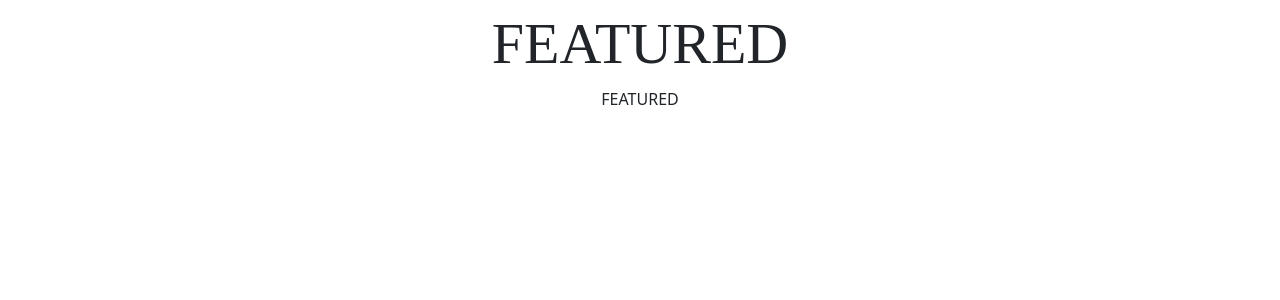
Repository: go23rishu/BagsWebsite
Page: home.html
These files come from the project's save history. The page is drawn as it stood at one moment and after the next save; the edit follows.
The browser window is 1280 px wide. The pictures show the whole page.
Some web fonts or font styles are not loaded; a fallback is used. Some web libraries are served in a nearby version.

Above is the page before, as saved 2023-06-21 15:14:59.

### home.html
<!DOCTYPE html>
<html lang="en">

<head>
    <meta charset="UTF-8">
    <meta name="viewport" content="width=device-width, initial-scale=1.0">
    <title>Home | Bags</title>
    <link rel="stylesheet"
        href="https://cdn.jsdelivr.net/npm/@fortawesome/fontawesome-free@6.2.1/css/fontawesome.min.css"
        integrity="sha384-QYIZto+st3yW+o8+5OHfT6S482Zsvz2WfOzpFSXMF9zqeLcFV0/wlZpMtyFcZALm" crossorigin="anonymous">
    <!-- Latest compiled and minified CSS -->
    <link href="https://cdn.jsdelivr.net/npm/bootstrap@5.2.3/dist/css/bootstrap.min.css" rel="stylesheet">
    <!-- Latest compiled JavaScript -->
    <script src="https://cdn.jsdelivr.net/npm/bootstrap@5.2.3/dist/js/bootstrap.bundle.min.js"></script>
    <link rel="stylesheet" href="https://cdnjs.cloudflare.com/ajax/libs/font-awesome/4.7.0/css/font-awesome.min.css">
    <link rel="stylesheet" href="./style.css">
    <link rel="preconnect" href="https://fonts.googleapis.com">
    <link rel="preconnect" href="https://fonts.gstatic.com" crossorigin>
    <link rel="preconnect" href="https://fonts.googleapis.com">
    <link rel="preconnect" href="https://fonts.gstatic.com" crossorigin>
    <link
        href="https://fonts.googleapis.com/css2?family=Italiana&family=Kumbh+Sans:wght@200;300;400;500;600;700;800;900&display=swap"
        rel="stylesheet">
    <link href="https://fonts.googleapis.com/css2?family=Italiana&display=swap" rel="stylesheet">
    <link rel="stylesheet" href="//maxcdn.bootstrapcdn.com/font-awesome/4.3.0/css/font-awesome.min.css">
    <link rel="stylesheet" href="./productpage.css">
    <link rel="stylesheet" href="./home.css">
</head>

<body>
    <!-- <nav class="navbar navbar-home">
        <img src="assets/BAG-LOGO.png" alt="" class="logo">
        <a href="" class="nav-links">HOME</a>
        <a href="" class="nav-links">NEW COLLECTION</a>
        <a href="" class="nav-links">SHOP</a>
        <a href="" class="nav-links">ABOUT US</a>
        <a href="" class="nav-links"><i class="fa fa-search" aria-hidden="true"></i></a>
        <a href="" class="nav-links">SIGN-IN</a>
        <a href="" class="nav-links">LOG-IN</a>
        <a href="" class="nav-links"><i class="fa fa-shopping-bag" style="color:#E6A467;" aria-hidden="true"></i></a>
    </nav>
    <div class="home-header">
        <div class="home-header-bags">
            <div id="spacious">
                <h1>SPAC</h1>
                <img src="" />
                <h2>IOUS</h2>
            </div>
        </div>
        <div class="home-header-bags home-header-bags2">
            <div id="you">
                <h1>YOU</h1>
            </div>
            <div id="love">
                <h1>SPAC</h1>
                <img src="" />
                <h2>IOUS</h2>
            </div>
            <div id="it">
                <h1>IT!</h1>
            </div>
        </div>
        <div class="home-header-bags home-header-bags3">
            <div id="we">
                <h1>WE</h1>
            </div>
            <div id="design">
                <h1>DES</h1>
                <img src="" />
                <h1>IGN</h1>
            </div>
        </div>
    </div> -->
    <div class="home-featured">
        <span>FEATURED</span>
        <label>FEATURED</label>
    </div>
</body>

</html>

### style.css
* {
  margin: 0;
  padding: 0;
  box-sizing: border-box;
}
body {
  height: 100vh;
  overflow-x: hidden;
}

/* Navbar Styling */
.navbar {
  background-color: #971b1b;
  padding: 10px 15vw;
}
.navbar img {
  height: 60px;
  width: auto;
  background-color: white;
  padding-top: -50px;
}
.navbar a {
  font-family: "Italiana", serif;
  font-size: 15px;
  color: white;
  text-decoration: none;
  font-weight: lighter;
}
/* Header styling */
.header {
  background-color: #971b1b;
  height: 100vh;
}
.saletag {
  display: flex;
}
.saletag h1 {
  font-size: 10rem;
  color: #971b1b;
  font-family: "Italiana", serif;
  font-family: "Kumbh Sans", sans-serif;
  margin-top: 25px;
  font-weight: 700;
  margin-left: 150px;
  white-space: nowrap;
  position: absolute;
  text-transform: uppercase;
  text-shadow: -1px 5px 6px rgba(0, 0, 0, 0.6);
  -webkit-animation: mymove 5s linear infinite; /* Safari 4.0 - 8.0 */
  white-space: nowrap;
  /* animation: mymove 8s linear infinite alternate; */
}
@keyframes mymove {
  from {
    left: 1000px;
  }
  to {
    left: -500px;
  }
}
/* Limited Offers styling */
.limited-offers {
  display: flex;
  height: 110px;
  padding: 20px 5vw;
  justify-content: space-between;
  margin-top: 150px;
}
.limited-offers .limited-tag h2 {
  font-family: "Kumbh Sans", sans-serif;
  font-weight: 600;
  font-size: 3rem;
  letter-spacing: 3px;
}
.limited-circles {
  display: flex;
}
.limited-circles .small-circle {
  height: 70px;
  width: 70px;
  background-color: rgb(248, 82, 110);
  border-radius: 50%;
  margin-left: 2vw;
}
iframe {
  width: 100vw;
  height: 100%;
  margin-top: 150px;
}

/* Footer styling */
.footer {
  background-color: rgb(31, 30, 30);
  /* background-color: red; */
  color: white;
  font-family: "Kumbh Sans", sans-serif;
  list-style: none;
  display: flex;
  padding: 50px 50px;
  justify-content: space-evenly;
}
.footer .logo {
  display: flex;
  flex-direction: column;
  font-family: "Italiana", serif;
  font-size: 24px;
  letter-spacing: 7px;
}
.footer img {
  height: 90px;
  width: auto;
  background-color: white;
}
.footer ul {
  list-style: none;
}
.footer i {
  color: blueviolet;
  font-size: 20px;
}
.subscribe {
  display: flex;
  flex-direction: column;
}
ul li {
  font-size: 16px;
  font-weight: 200;
}
ul li:first-child {
  font-size: 18px;
  font-weight: 500;
  margin-bottom: 25px;
}
.social-media {
  display: flex;
  justify-content: space-evenly;
}
.subscribe h3 {
  font-size: 18px;
}
.subscribe h2 {
  font-size: 24px;
  font-weight: 600;
}
.subscribe input {
  border-radius: 5px;
  border: none;
  padding: 5px 5px;
}
.subscribe input::placeholder {
  font-size: 12px;
}
.subscribe button {
  background-color: blueviolet;
  width: 50%;
  font-size: 15px;
  color: white;
  font-weight: 500;
  border: none;
  border-radius: 5px;
  margin-top: 15px;
  padding: 10px 10px;
}

### productpage.css
.products {
  display: flex;
  flex-direction: column;
  font-family: "Kumbh Sans", sans-serif;
}
.product {
  display: flex;
  background-color: pink;
  justify-content: stretch;
  /* z-index: 999; */
  height: 520px;
  position: relative;
}
.products img {
  height: 450px;
  position: absolute;
  right: 20%;
  /* filter: drop-shadow(-16px 100px 80px #0000005d); */
}
.product-details {
  width: 50%;
  padding: 15vh 14vw;
}
.product-image {
  width: 55%;
  position: relative;
}
.circle1 {
  position: absolute;
  background-color: rgb(248, 82, 110);
  height: 450px;
  width: 450px;
  border-radius: 50%;
  top: 5%;
  right: -10%;
}
.product h2 {
  color: white;
  font-size: 36px;
  font-weight: 800;
  letter-spacing: 1px;
}
.product p {
  font-weight: 500;
  font-size: 18px;
}
.rate {
  display: flex;
}
.price {
  display: flex;
  flex-direction: column;
}
.current-price {
  font-size: 36px;
  font-weight: bold;
}
.old-price {
  font-size: 34px;
  font-weight: 500;
}
.discount {
  color: maroon;
  margin-left: 20px;
  font-size: 32px;
  font-weight: bold;
}
.add-to-cart {
  color: white;
  background-color: rgb(248, 82, 110);
  border: none;
  font-size: 14px;
  padding: 8px 5px;
  width: 150px;
  border-radius: 5px;
  margin-top: 50px;
}
.circle2 {
  background-color: rgb(15, 175, 197);
  top: 0;
  left: 0;
  border-radius: 0 0 225px 225px;
  height: 225px;
  width: 450px;
  /* z-index: -1; */
}

.product2 {
  background-color: lightblue;
}
.add-to-cart2 {
  background-color: rgb(15, 175, 197);
}
.image2 {
  margin-top: 50px;
}
.product3 {
  background-color: lightgreen;
}
.circle3 {
  background-color: rgb(25, 195, 79);
}
.add-to-cart3 {
  background-color: rgb(25, 195, 79);
}

/* Sharing Icons Styling */
.share {
  display: flex;
  flex-direction: column;
  position: absolute;
  top: 20%;
  left: 5%;
  justify-content: start;
}
.share i {
  font-size: 18px;
  background-color: rgb(228, 227, 227);
  height: 50px;
  width: 50px;
  border: none;
  align-items: center;
  align-self: flex-start;
  border-radius: 50%;
  justify-content: center;
  padding: 18px 15px;
  margin-top: 20px;
}
.image3 img {
  height: 400px;
  margin-top: 50px;
}

### home.css
@font-face {
  font-family: Kopub;
  src: url(./fonts/KoPubBatang-Bold.ttf);
  src: url(./fonts/KoPubBatang-Light.ttf);
  src: url(./fonts/KoPubBatang-Regular.ttf);
}
.navbar-home {
  background: #1e1e1e;
}
.home-header {
  height: 100vh;
  background: rgb(20, 20, 20);
  background: linear-gradient(
    90deg,
    rgba(20, 20, 20, 1) 0%,
    rgba(40, 29, 61, 1) 15%,
    rgba(59, 35, 90, 1) 30%,
    rgba(94, 49, 153, 1) 45%,
    rgba(151, 71, 255, 1) 60%,
    rgba(94, 49, 153, 1) 75%,
    rgba(40, 29, 61, 1) 90%,
    rgba(20, 20, 20, 1) 100%
  );
}
/* Featured Division Styling */
.home-featured {
  background-color: white;
  position: relative;
  align-items: center;
  flex-direction: column;
  display: flex;
  width: 100vw;
  height: 100vh;
}
.home-featured span {
  font-family: "Kopub";
  font-size: 58px;
}

After the next save:
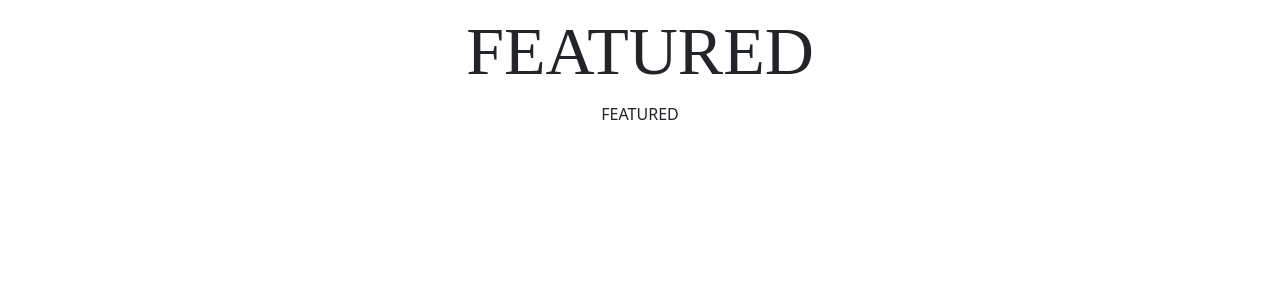
Saved 5 s later.
--- a/home.css
+++ b/home.css
@@ -34,5 +34,5 @@
 }
 .home-featured span {
   font-family: "Kopub";
-  font-size: 58px;
+  font-size: 68px;
 }
